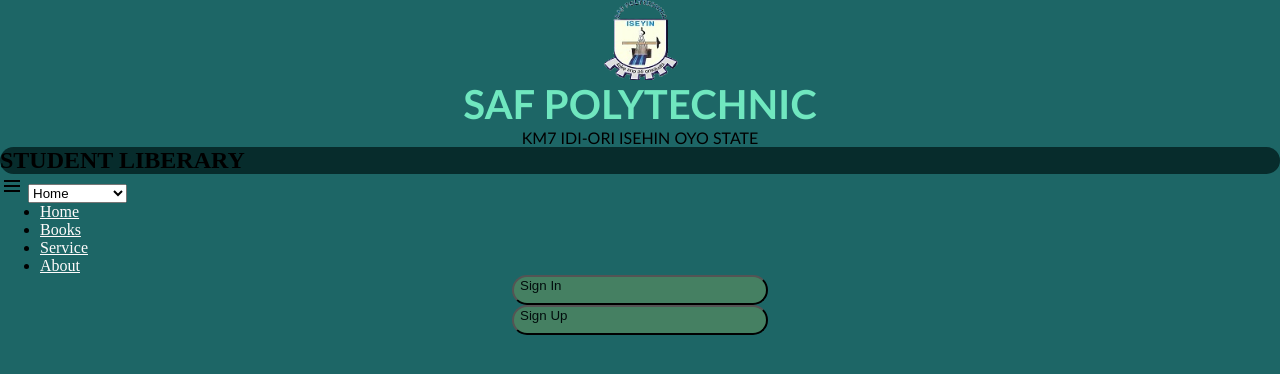
Repository: makinwademila/new-html
Page: index.html
An editor plug-in stored every save of this project. The page is shown before and after the next save, followed by the edit.
The browser window is 1280 px wide. The pictures show the whole page.

Above is the page before, as saved 2025-02-10 16:41:43.

After the next save:
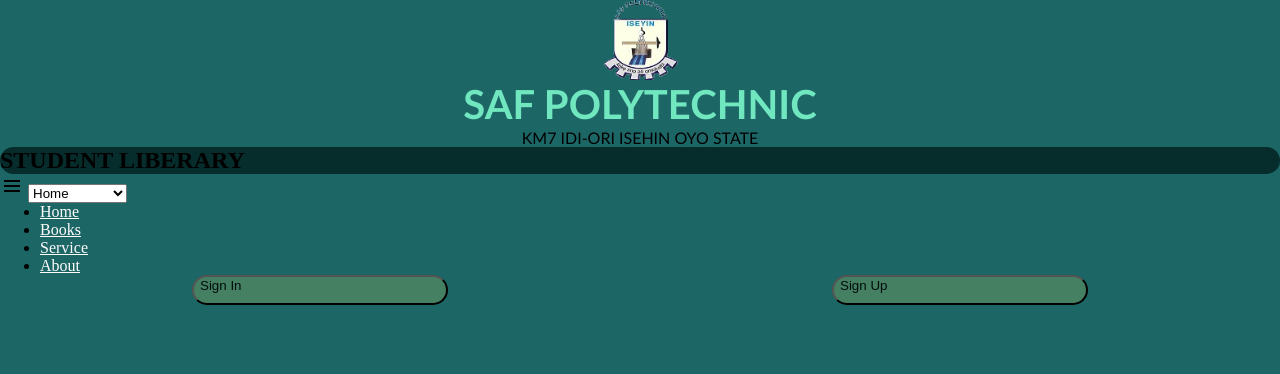
Saved 111 s later.
--- a/style.css
+++ b/style.css
@@ -58,11 +58,14 @@
     border-radius: 20px;
 }
 
-a {
+.nav-menu ul li a {
     display: flex;
     justify-content: center;
     align-items: center;
     justify-content: space-between;
+}
+
+a {
     background-color: transparent;
     color: rgb(255, 252, 252);
     transition: 1s;
@@ -79,3 +82,9 @@
     background-color: rgb(30, 48, 30);
     transition: 1s ease-in-out;
 }
+
+.nav-button {
+    justify-content: center;
+    display: flex;
+    justify-content: space-around;
+}
